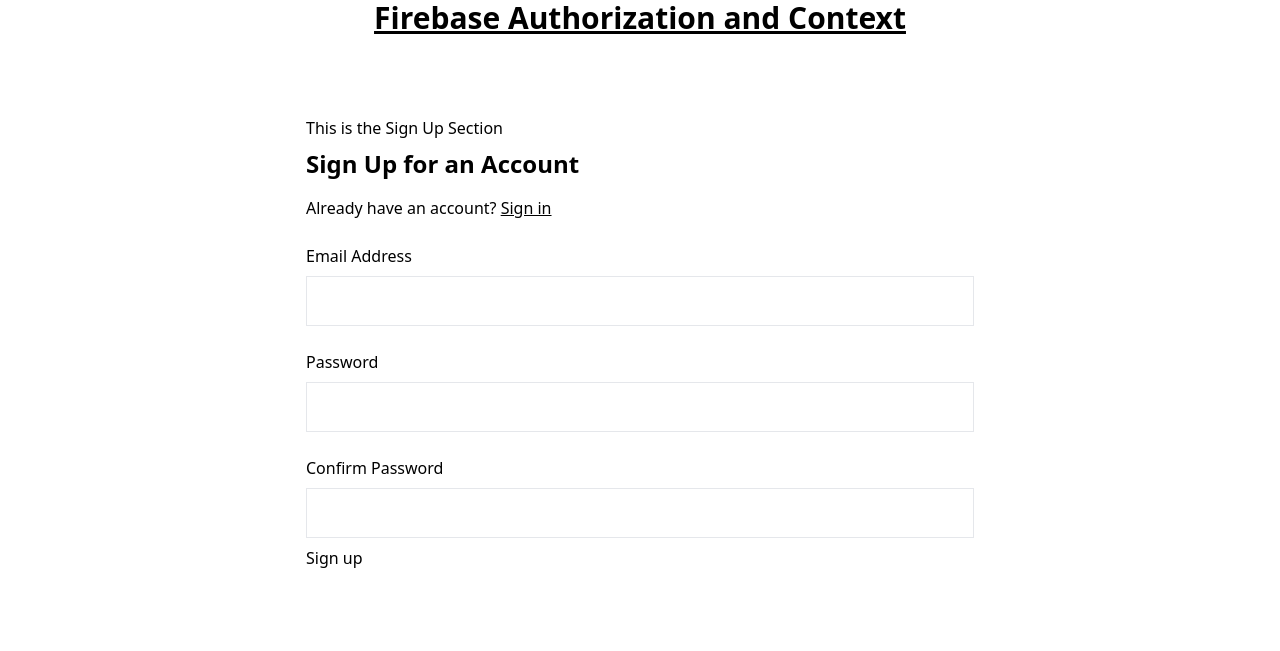
Repository: mottad14/practice_google_firebase
Page: /signup
An editor plug-in stored every save of this project. The page is shown before and after the next save, followed by the edit.
The browser window is 1280 px wide. The pictures show the whole page.
The project was rebuilt for these pictures with package versions that can differ from the ones it lists, and the page was loaded fresh each time. Also part of the build but not shown: src/components/Signin.jsx, src/components/Account.jsx.

Above is the page before, as saved 2022-07-27 09:14:42.

### src/index.js
import React from 'react';
import ReactDOM from 'react-dom/client';
import './index.css';
import App from './App';
import {BrowserRouter} from "react-router-dom"

const root = ReactDOM.createRoot(document.getElementById('root'))
root.render(
  <BrowserRouter>
    <App/>
  </BrowserRouter>);

### src/App.js
import React from "react";
import Signin from "./components/Signin";
import Signup from "./components/Signup";
import Account from "./components/Account"
import { Route, Routes } from "react-router-dom";

function App() {
  return (
    <div className="App">
          <h1 className="text-3xl text-center font-bold underline">
            Firebase Authorization and Context
            </h1>
            <Routes>
              <Route path="/" element={<Signin/>}  />
              <Route path="/signup" element={<Signup/>}  />
              <Route path="/account" element={<Account/>}  />
            </Routes>
    </div>
  );
}

export default App;

### src/components/Signup.jsx
import React from 'react'
import { Link } from 'react-router-dom'

const Signup = () => {
  return (
    <div className='max-w-[700px] mx-auto my-16 p-4 '>

      This is the Sign Up Section
      <div>
          <h1 className='text-2xl font-bold py-2'>Sign Up for an Account</h1>
          <p className='py-2'>
            Already have an account? <Link to="/" className='underline'> Sign in </Link>
          </p>
      </div>

      <form>
          <div className='flex flex-col py-2'>
            <label className='py-2 font-medium' htmlFor=""> Email Address</label>
            <input className='border p-3' type="email"/>
          </div>
          <div className='flex flex-col py-2'>
            <label className='py-2 font-medium' htmlFor=""> Password</label>
            <input className='border p-3' type="password"/>
          </div>
          <div className='flex flex-col py-2'>
            <label className='py-2 font-medium' htmlFor=""> Confirm Password</label>
            <input className='border p-3' type="password"/>
          </div>
          <button>Sign up</button>

      </form>

    </div>
  )
}

export default Signup

### tailwind.config.js
/** @type {import('tailwindcss').Config} */
module.exports = {
  content: [
    "./src/**/*.{js,jsx,ts,tsx}",
],
  theme: {
    extend: {},
  },
  plugins: [],
}

Loaded but not shown: public/index.html (common file); src/index.css (common file)

After the next save:
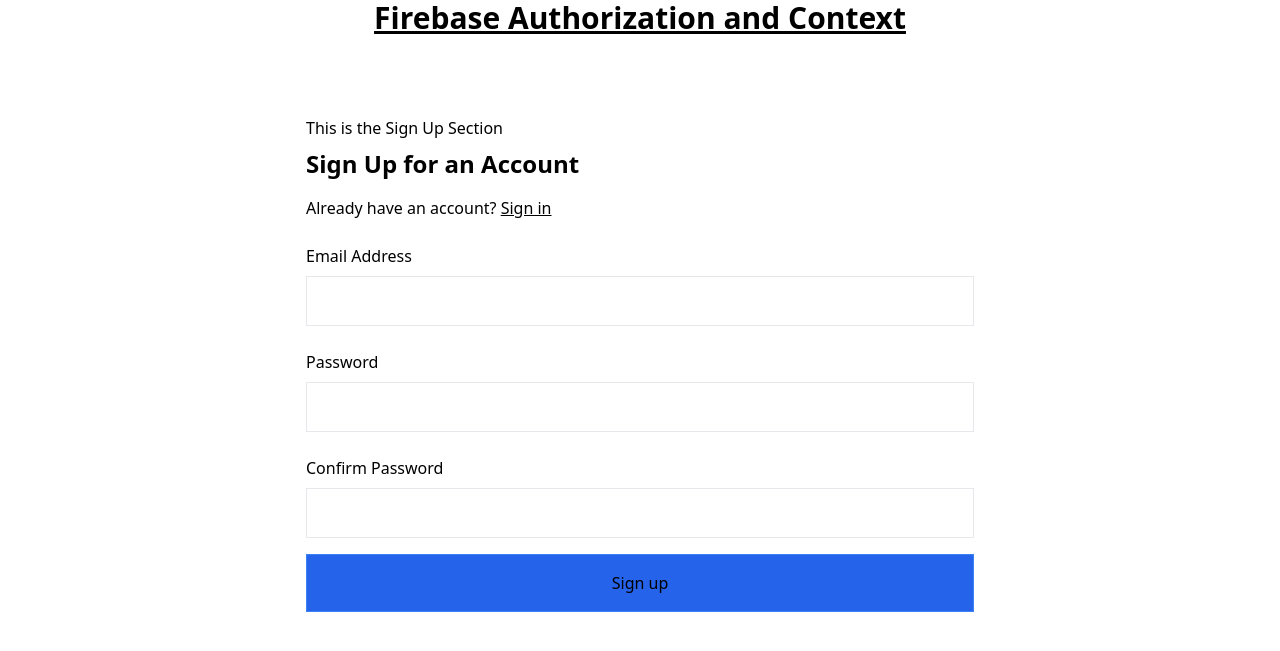
Saved 70 s later.
--- a/src/components/Signup.jsx
+++ b/src/components/Signup.jsx
@@ -26,7 +26,7 @@
             <label className='py-2 font-medium' htmlFor=""> Confirm Password</label>
             <input className='border p-3' type="password"/>
           </div>
-          <button>Sign up</button>
+          <button className='border border-blue-500 bg-blue-600 hover:bg-blue-500 w-full p-4 my-2'>Sign up</button>
 
       </form>
 
